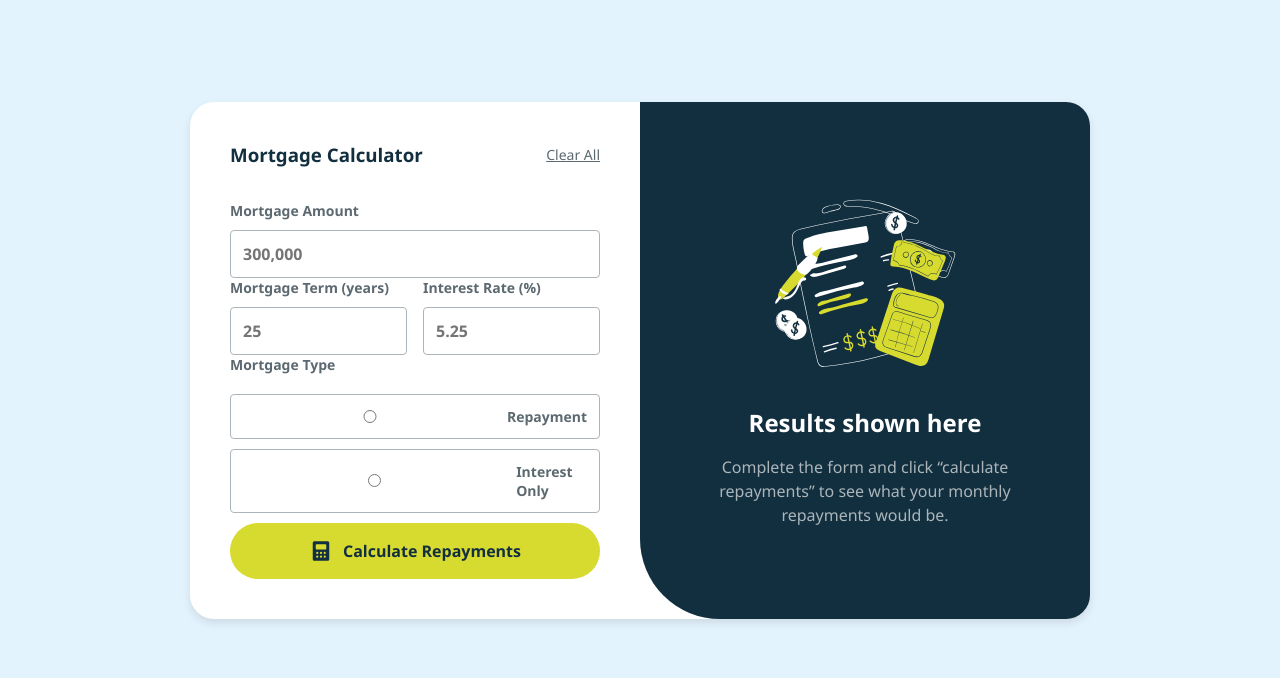
Repository: GravielPV/Mortgage-repayment-calculator
Page: index.html
The author's editor kept a copy of each file at every save. The page is drawn from the files as they stood at one save, then again after a run of saves.
The browser window is 1280 px wide. The pictures show the whole page.

Above is the page before, as saved 2025-12-19 11:46:13.

### index.html
<!DOCTYPE html>
<html lang="en">
<head>
  <meta charset="UTF-8">
  <meta name="viewport" content="width=device-width, initial-scale=1.0"> <!-- displays site properly based on user's device -->

  <link rel="icon" type="image/png" sizes="32x32" href="./assets/images/favicon-32x32.png">
  <link rel="stylesheet" href="styles.css">
  <title>Frontend Mentor | Mortgage repayment calculator</title>


</head>
<body>
  <div class="carta">



  <div class="lado-izquierdo">

    <div class="header-form">
      <h3>Mortgage Calculator</h3>
      <a href="#" id="clear-all">Clear All</a>
    </div>

    <form id="mortgage-form">

      <!-- Mortgage Amount -->
      <div class="campo">
        <label for="input-mortgage">Mortgage Amount</label>


        <input

          type="number"
          id="input-mortgage"
          name="mortgage"
          placeholder="300,000"   >


      </div>

      <!-- Mortgage Term & Interest Rate -->
      <div class="grupo-doble">
        <div class="campo1">
          <label for="input-term">Mortgage Term (years)</label>
          <input
            type="number"
            id="input-term"
            name="term"
            placeholder="25">
        </div>

        <div class="campo1">
          <label for="input-interest">Interest Rate (%)</label>
          <input
            type="number"
            step="0.01"
            id="input-interest"
            name="interest"
            placeholder="5.25">
        </div>
      </div>

      <!-- Mortgage Type -->
      <div class="campo">
        <label>Mortgage Type</label>

        <div class="radios">
          <label class="radio arriba">
            <input type="radio" name="mortgage-type" value="repayment" id="repayment">
            Repayment
          </label>

          <label class="radio abajo">
            <input type="radio" name="mortgage-type" value="interest-only" id="interest-only">
            Interest Only
          </label>
        </div>
      </div>

      <!-- Botón -->
      <div class="boton">

        <button type="button" onclick="calcular()"> <img src="assets/images/icon-calculator.svg" alt="calculadora icon">Calculate Repayments</button>
      </div>



    </form>

  </div>




  <!-- Empty results start -->

  <div class="derecho">

    <img src="assets/images/illustration-empty.svg" alt="mostrar">

  <h3>Results shown here</h3>

  <p>Complete the form and click “calculate repayments” to see what
  your monthly repayments would be.</p>
  </div>

  <!-- Empty results end -->

  <!-- Completed results start -->

  <div class="resultado">
    <h3>Your results</h3>
    <p>Your results are shown below based on the information you provided.
    To adjust the results, edit the form and click “calculate repayments” again.</p>

    <div class="caja-resultados">
      <p>Your monthly repayments</p>
      <h1 id="monthly-repayment"></h1>

      <hr>

      <p>Total you'll repay over the term</p>
      <h3 id="total-repayment"></h3>
    </div>
  </div>

</div>

<!-- Completed results end -->

<script src="app.js"></script>
</body>
</html>

### styles.css
* {
    box-sizing: border-box;
    margin: 0;
    padding: 0;
    font-family: 'Segoe UI', Tahoma, Geneva, Verdana, sans-serif;
}

body {
    background-color: hsl(202, 86%, 94%);
    display: flex;
    justify-content: center;
    align-items: center;
    min-height: 100vh;
}

.carta {
    width: 100%;
    max-width: 900px;
    background-color: white;
    display: flex;
    border-radius: 24px;
    overflow: hidden;
    box-shadow: 0 4px 8px 0 rgba(0, 0, 0, 0.1);
    margin: 20px;
}

/* ---- Lado Izquierdo ---- */
.lado-izquierdo {
    width: 50%;
    padding: 40px;
    display: flex;
    flex-direction: column;
    gap: 24px;
}

.header-form {
    display: flex;
    justify-content: space-between;
    align-items: center;
    margin-bottom: 10px;
}

.header-form h3 {
    color: hsl(202, 55%, 16%);
}

.header-form a {
    color: hsl(200, 10%, 40%);
    text-decoration: underline;
    font-size: 14px;
    cursor: pointer;
}

.header-form a:hover {
    color: hsl(202, 55%, 16%);
}

/* Inputs */
.campo {
    display: flex;
    flex-direction: column;
    gap: 10px;
}

.campo label, .campo1 label {
    color: hsl(200, 10%, 40%);
    font-size: 14px;
    font-weight: bold;
}

.campo input, .campo1 input {
    padding: 12px;
    border: 1px solid hsl(200, 10%, 70%);
    border-radius: 4px;
    font-size: 16px;
    font-weight: bold;
    cursor: pointer;
    width: 100%;
}

.campo input:focus, .campo1 input:focus {
    outline: none;
    border-color: hsl(61, 70%, 52%);
}

.grupo-doble {
    display: flex;
    gap: 16px;
}

.campo1 {
    display: flex;
    flex-direction: column;
    gap: 10px;
    width: 50%;
}

/* Radio buttons */
.radios {
    display: flex;
    flex-direction: column;
    gap: 10px;
}

.radio {
    display: flex;
    align-items: center;
    border: 1px solid hsl(200, 10%, 70%);
    padding: 12px;
    border-radius: 4px;
    cursor: pointer;
    gap: 10px;
    font-weight: bold;
    color: hsl(202, 55%, 16%);
}

.radio:hover {
    border-color: hsl(61, 70%, 52%);
}

.arriba{
    display: flex;
    align-items: center;
    gap: 10px;
    margin-top: 10px;
}

.radio input {
    margin: 0;
    accent-color: hsl(61, 70%, 52%);
}

/* Boton */
.boton {
    margin-top: 10px;
}

button {
    display: flex;
    align-items: center;
    justify-content: center;
    gap: 10px;
    padding: 16px 32px;
    background-color: hsl(61, 70%, 52%);
    border: none;
    color: hsl(202, 55%, 16%);
    border-radius: 30px;
    cursor: pointer;
    font-weight: bold;
    font-size: 16px;
    width: 100%;
    transition: background-color 0.3s;
}

button:hover {
    background-color: hsl(61, 70%, 70%);
}

/* ---- Lado Derecho ---- */
.derecho {
    width: 50%;
    background-color: hsl(202, 55%, 16%);
    color: white;
    padding: 40px;
    display: flex;
    flex-direction: column;
    justify-content: center;
    align-items: center;
    text-align: center;
    border-bottom-left-radius: 80px;
}

.derecho img {
    margin-bottom: 20px;
}

.derecho h3 {
    margin-bottom: 16px;
    font-size: 24px;
}

.derecho p {
    color: hsl(200, 10%, 70%);
    line-height: 1.5;
}

.resultado {
    display: none;
    width: 50%;
    background-color: hsl(202, 55%, 16%);
    border-bottom-left-radius: 80px;
    overflow: hidden;
    padding: 40px;
}

.resultado .caja-resultados {

    background-color: hsl(201, 46%, 7%);
    color: hsl(61, 70%, 52%);
    width: 95%;
    position: relative;
    left: 20px;
    top: 50px;
    padding: 60px;
    border-radius: 10px;
    border-top: 3px solid greenyellow;
    height: 250px;



}

.resultado  p{
    color: hsl(203, 41%, 72%);

}

.resultado h3{

    color: hsl(202, 86%, 94%);
    padding: 20px;

}



/* Responsive */
@media (max-width: 768px) {
    body {
        align-items: flex-start;
        background-color: white;
    }

    .carta {
        flex-direction: column;
        border-radius: 0;
        margin: 0;
        box-shadow: none;
        max-width: 100%;
    }

    .lado-izquierdo, .derecho {
        width: 100%;
        padding: 24px;
    }

    .derecho {
        border-radius: 0;
        min-height: 400px;
    }

    .grupo-doble {
        flex-direction: column;
    }

    .campo1 {
        width: 100%;
    }
}

### app.js
// INPUTS
const montoInput = document.getElementById("input-mortgage");
const yearsInput = document.getElementById("input-term");
const interesInput = document.getElementById("input-interest");

// RADIOS
const repaymentRadio = document.getElementById("repayment");
const interestOnlyRadio = document.getElementById("interest-only");

// RESULTADOS
const resultadoBox = document.querySelector(".resultado");
const derechoBox = document.querySelector(".derecho");

const monthlyText = document.getElementById("monthly-repayment");
const totalText = document.getElementById("total-repayment");

// CLEAR ALL
const clearAllBtn = document.getElementById("clear-all");

// FORMATO MONEDA
function formatoMoneda(valor) {
  return new Intl.NumberFormat("en-US", {
    style: "currency",
    currency: "USD",
    minimumFractionDigits: 2,
  }).format(valor);
}

// CALCULAR
function calcular() {
  const monto = Number(montoInput.value);
  const years = Number(yearsInput.value);
  const interes = Number(interesInput.value) / 100;

  if (!monto || !years || !interes) {
    alert("Please complete all fields");
    return;
  }

  const r = interes / 12;
  const n = years * 12;

  let pagoMensual = 0;
  let pagoTotal = 0;

  // REPAYMENT
  if (repaymentRadio.checked) {
    pagoMensual =
      (monto * r * Math.pow(1 + r, n)) /
      (Math.pow(1 + r, n) - 1);

    pagoTotal = pagoMensual * n;
  }

  // INTEREST ONLY
  if (interestOnlyRadio.checked) {
    pagoMensual = monto * r;
    pagoTotal = pagoMensual * n;
  }

  // MOSTRAR RESULTADOS
  monthlyText.textContent = formatoMoneda(pagoMensual);
  totalText.textContent = formatoMoneda(pagoTotal);

  derechoBox.style.display = "none";
  resultadoBox.style.display = "block";
}

// CLEAR ALL
clearAllBtn.addEventListener("click", (e) => {
  e.preventDefault();

  montoInput.value = "";
  yearsInput.value = "";
  interesInput.value = "";

  repaymentRadio.checked = true;
  interestOnlyRadio.checked = false;

  resultadoBox.style.display = "none";
  derechoBox.style.display = "block";
});

After the next 3 saves:
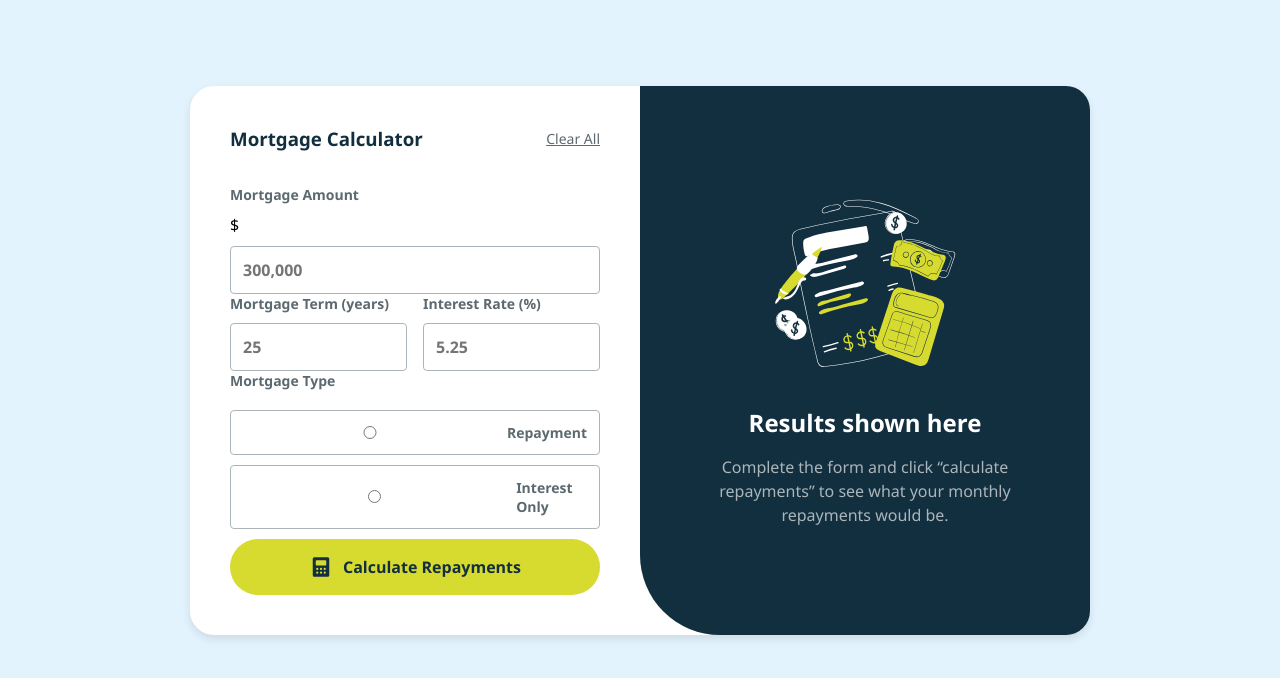
The 3 saves are shown as one change because they came seconds apart.
The last was saved 8 s later.
--- a/index.html
+++ b/index.html
@@ -29,6 +29,7 @@
         <label for="input-mortgage">Mortgage Amount</label>
 
 
+        <span class="simbolo">$</span>
         <input
 
           type="number"

After the 3 saves that followed:
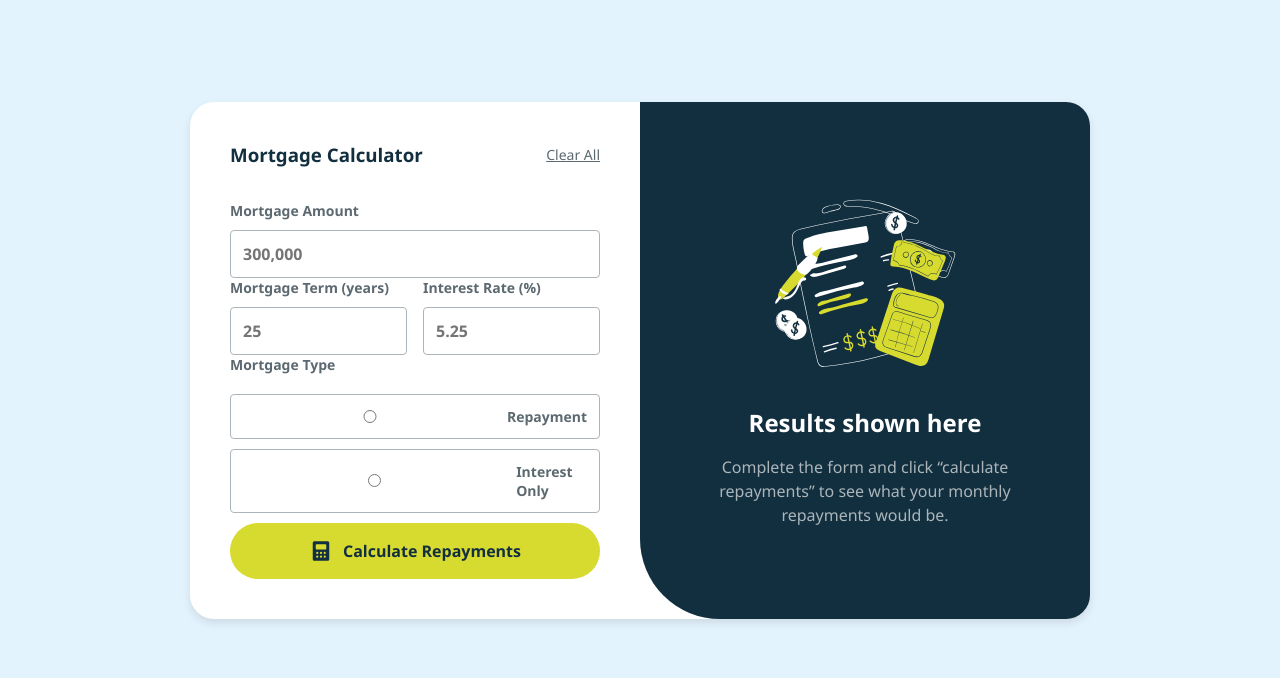
The 3 saves are shown as one change because 1 left the picture as it was and some came seconds apart.
The last was saved 20 s later.
--- a/index.html
+++ b/index.html
@@ -29,7 +29,7 @@
         <label for="input-mortgage">Mortgage Amount</label>
 
 
-        <span class="simbolo">$</span>
+
         <input
 
           type="number"
